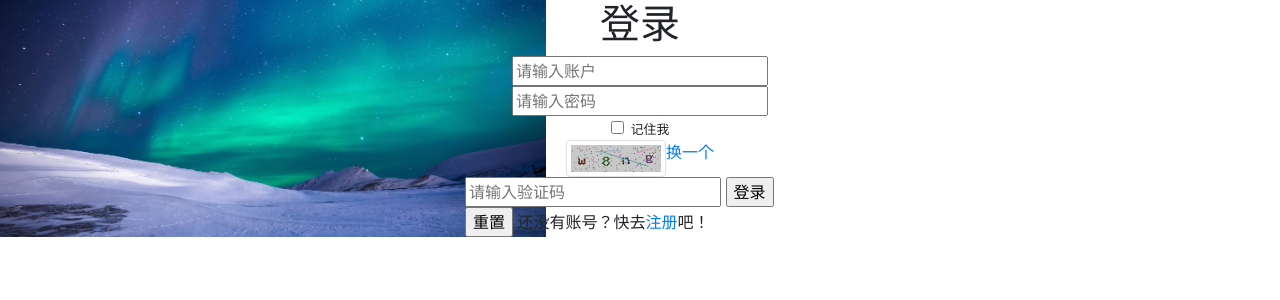
Repository: DHUAVH/Blog
Page: http://localhost/login.php
These files come from the project's save history. The page is drawn as it stood at one moment and after the next save; the edit follows.
The browser window is 1280 px wide. The pictures show the whole page.
Some web libraries are served in a nearby version. The page is run by PHP 8.4 with error messages shown; the project is at /var/www/html/.

Above is the page before, as saved 2020-11-29 17:23:53.

### login.php
<!DOCTYPE html>
<html lang="en">
<head>
    <meta charset="UTF-8">
    <meta name="viewport" content="width=device-width, initial-scale=1.0">
    <link rel="stylesheet" href="https://cdn.staticfile.org/twitter-bootstrap/4.3.1/css/bootstrap.min.css">
    <script src="https://cdn.staticfile.org/jquery/3.2.1/jquery.min.js"></script>
    <script src="https://cdn.staticfile.org/popper.js/1.15.0/umd/popper.min.js"></script>
    <script src="https://cdn.staticfile.org/twitter-bootstrap/4.3.1/js/bootstrap.min.js"></script>
    <title>登陆界面</title>

    <style>
        body{
            background:url(images/bg.jpg);
            background-size:contain;
            background-repeat: no-repeat;
        }
    </style>
</head>

<body>
    <div class="container">
    <h1 class="text-center">登录</h1>
    <div class="row">
        <div class="col-sm-4 offset-sm-4">    <!--使用网格系统和偏移量设置居中-->
            <form role="form" action="loginAction.php" method="POST">
                <div class="text-center">
                    <input id="ID" type="text" name="username"
                        value="<?php echo isset($_COOKIE['username']) ? $_COOKIE['username'] : "";?>"  placeholder="请输入账户" required>
                </div>

                <div class="text-center">
                    <input type="password" id="lastname" name="password" placeholder="请输入密码" required>
                </div>

                <div class="form-check text-center">
                    <label class="form-check-label">
                        <input class="form-check-input" type="checkbox"><small>记住我</small>
                    </label>
                </div>

                <span colspan="2" class="text-center" style="color:red;font-size:10px;"></span>
                    <?php
                        $err = isset($_GET["err"]) ? $_GET["err"] : "";
                        switch($err){
                            case 1:
                                // 可取消的警告框
                                echo "<div class='alert alert-danger alert-dismissible fade show' role='alert'>";
                                echo "<strong>用户名或密码错误!请检查用户名或重新输入密码！</strong>";
                                echo "<button type=button' class='close' data-dismiss='alert' aria-label='Close'>";
                                echo "<span aria-hidden='true'>&times;</span>";
                                echo "</button>";
                            break;

                            case 2:
                                // 可取消的警告框
                                echo "<div class='alert alert-waring alert-dismissible fade show' role='alert'>";
                                echo "<strong>警告!用户名和密码不能为空！</strong>";
                                echo "<button type=button' class='close' data-dismiss='alert' aria-label='Close'>";
                                echo "<span aria-hidden='true'>&times;</span>";
                                echo "</button>";
                            break;

                            case 3:
                                // 可取消的警告框
                                echo "<div class='alert alert-danger alert-dismissible fade show' role='alert'>";
                                echo "<strong>验证码错误!请重新输入验证码！</strong>";
                                echo "<button type=button' class='close' data-dismiss='alert' aria-label='Close'>";
                                echo "<span aria-hidden='true'>&times;</span>";
                                echo "</button>";
                            break;
                        }
                    ?>

                    <div class="d-flex justify-content-center">
                        <img id="captcha" src="captcha.php?r=<?php echo rand();?>" width="100" class="img-thumbnail">
                        <a href="javascript:void(0)" onclick="document.getElementById('captcha').src='captcha.php?r='+Math.random()">换一个</a>
                    </div>

                    <div class="text-center"></div>
                    <input type="text" name="authcode" placeholder="请输入验证码" required>
                            <td class="text-center" colspan="2">
                                <input type="submit" name="login" value="登录">
                                <input type="reset" name="reset" value="重置">


                            <td class="text-center" colspan="2" >还没有账号？快去<a href="register.php">注册</a>吧！</td>
                </form>
                </div>

            </div>
        </div>
    </div>
</body>
</html>

### captcha.php
<?php
  session_start();

  $image = imagecreatetruecolor(100,30);
  $bgcolor = imagecolorallocate($image,200,200,200);
  imagefill($image,0,0,$bgcolor);

  //验证码内容
  $captcha_code = '';
  for($i=0;$i<4;$i++){
      $fontsize = 5;
      $x = ($i*100 / 4) + rand(5,10);
      $y = rand(5,10);
      $data = 'abcdefghkmnprstuvwx345678';
      $str = $data[rand(0,strlen($data))];
      $captcha_code .= $str;
      $fontcolor = imagecolorallocate($image,rand(0,120),rand(0,120),rand(0,120));
      imagestring($image,$fontsize,$x,$y,$str,$fontcolor);
  }

  $_SESSION['authcode'] = $captcha_code;

  //增加点干扰元素
  for($i=0;$i<200;$i++){
      $pointcolor = imagecolorallocate($image,rand(50,200),rand(50,200),rand(50,200));
      imagesetpixel($image,rand(1,99),rand(1,29),$pointcolor);
  }

  //增加线干扰元素
  for($i=0;$i<4;$i++){
      $linecolor = imagecolorallocate($image,rand(80,220),rand(80,220),rand(80,220));
      imageline($image,rand(1,99),rand(1,29),rand(1,99),rand(1,29),$linecolor);
  }


  header('content-type:image/png');    //输出图片的信息
  imagepng($image);   //输出图片

  imagedestroy($image);
?>

After the next save:
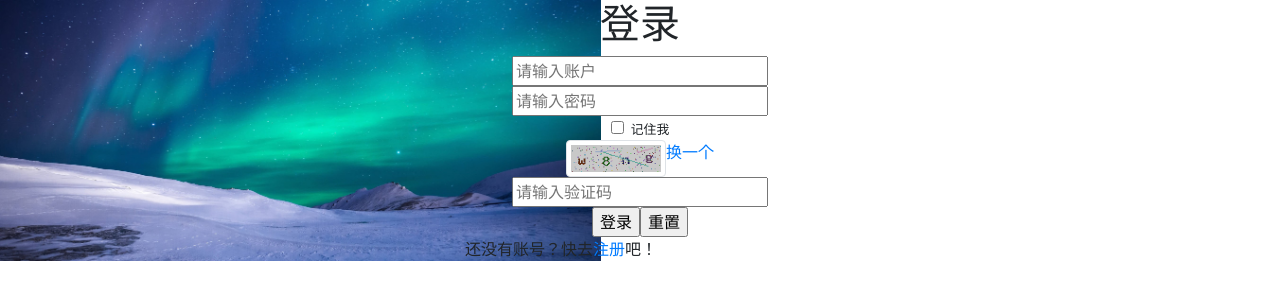
Saved 51 s later.
--- a/login.php
+++ b/login.php
@@ -77,11 +77,15 @@
                         <a href="javascript:void(0)" onclick="document.getElementById('captcha').src='captcha.php?r='+Math.random()">换一个</a>
                     </div>
 
-                    <div class="text-center"></div>
-                    <input type="text" name="authcode" placeholder="请输入验证码" required>
-                            <td class="text-center" colspan="2">
-                                <input type="submit" name="login" value="登录">
-                                <input type="reset" name="reset" value="重置">
+                    <div class="text-center">
+                        <input type="text" name="authcode" placeholder="请输入验证码" required>
+                    </div>
+
+                    <div class="d-flex justify-content-center">
+                        <input type="submit" name="login" value="登录">
+                        <input type="reset" name="reset" value="重置">
+                    </div>
+
 
 
                             <td class="text-center" colspan="2" >还没有账号？快去<a href="register.php">注册</a>吧！</td>
